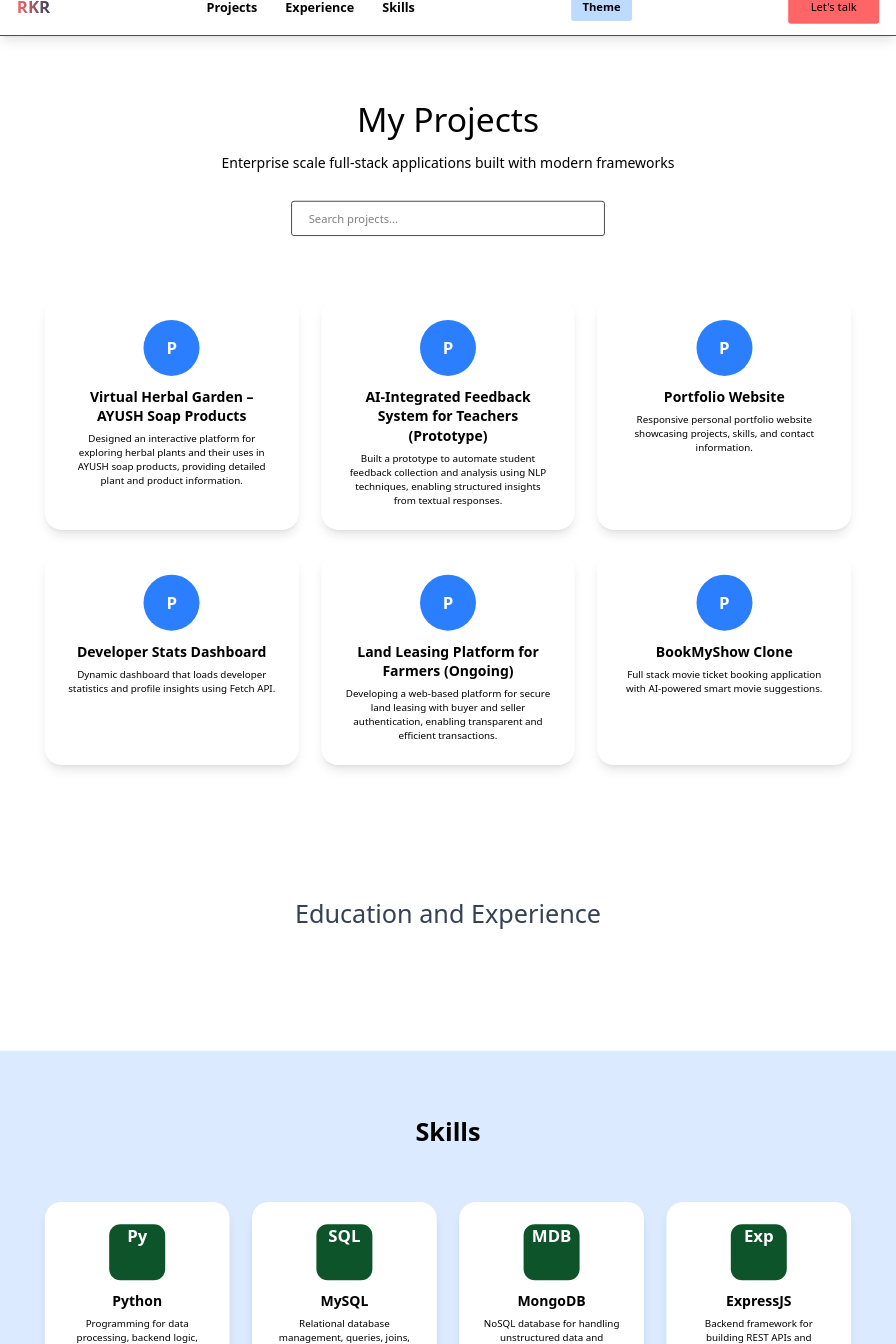
Repository: Rhaashee/myProfile
Page: index.html
These files come from the project's save history. The page is drawn as it stood at one moment and after a run of saves; the edit follows.
The browser window is 1280 px wide. The pictures show the part of the page from y = 750 to 2670 px (the page is 3723 px tall), at 70% of full size.

Above is the page before, as saved 2026-04-27 16:53:52.
Console error: SyntaxError: Identifier 'projectsData' has already been declared

After the next 4 saves:
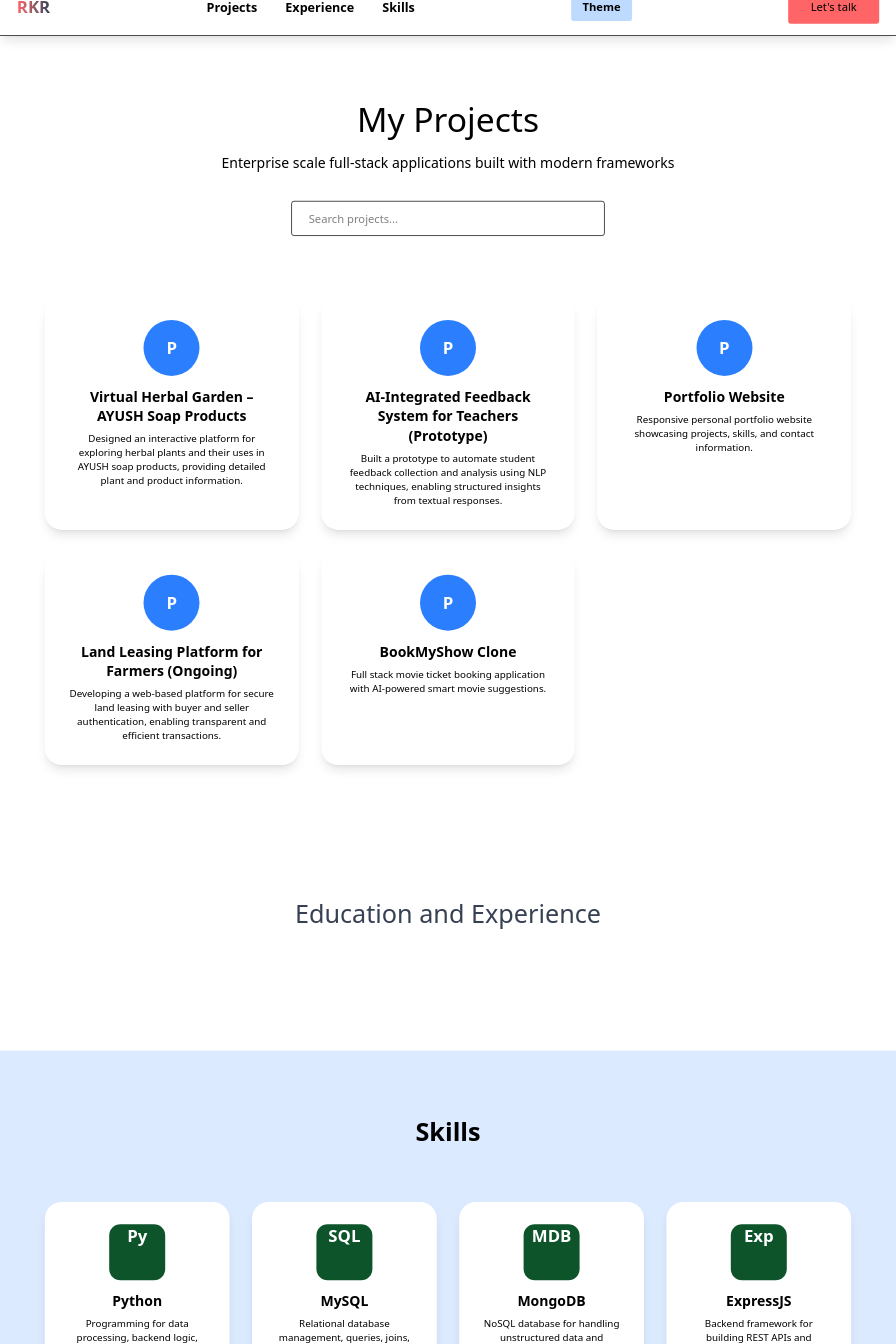
The 4 saves are shown as one change because they came seconds apart.
The last was saved 36 s later.
--- a/js/data/projects.js
+++ b/js/data/projects.js
@@ -31,18 +31,7 @@ const projectsData = [
     status: "Live",
     liveDemo: "#",
     github: "#"
-  },
-  {
-    id: 4,
-    name: "Developer Stats Dashboard",
-    category: "JavaScript",
-    description:
-      "Dynamic dashboard that loads developer statistics and profile insights using Fetch API.",
-    technologies: ["JavaScript", "Fetch API", "JSON"],
-    status: "Demo",
-    liveDemo: "#",
-    github: "#"
-  }, {
+  },{
 
     id: 5,
     name: "Land Leasing Platform for Farmers (Ongoing)",
